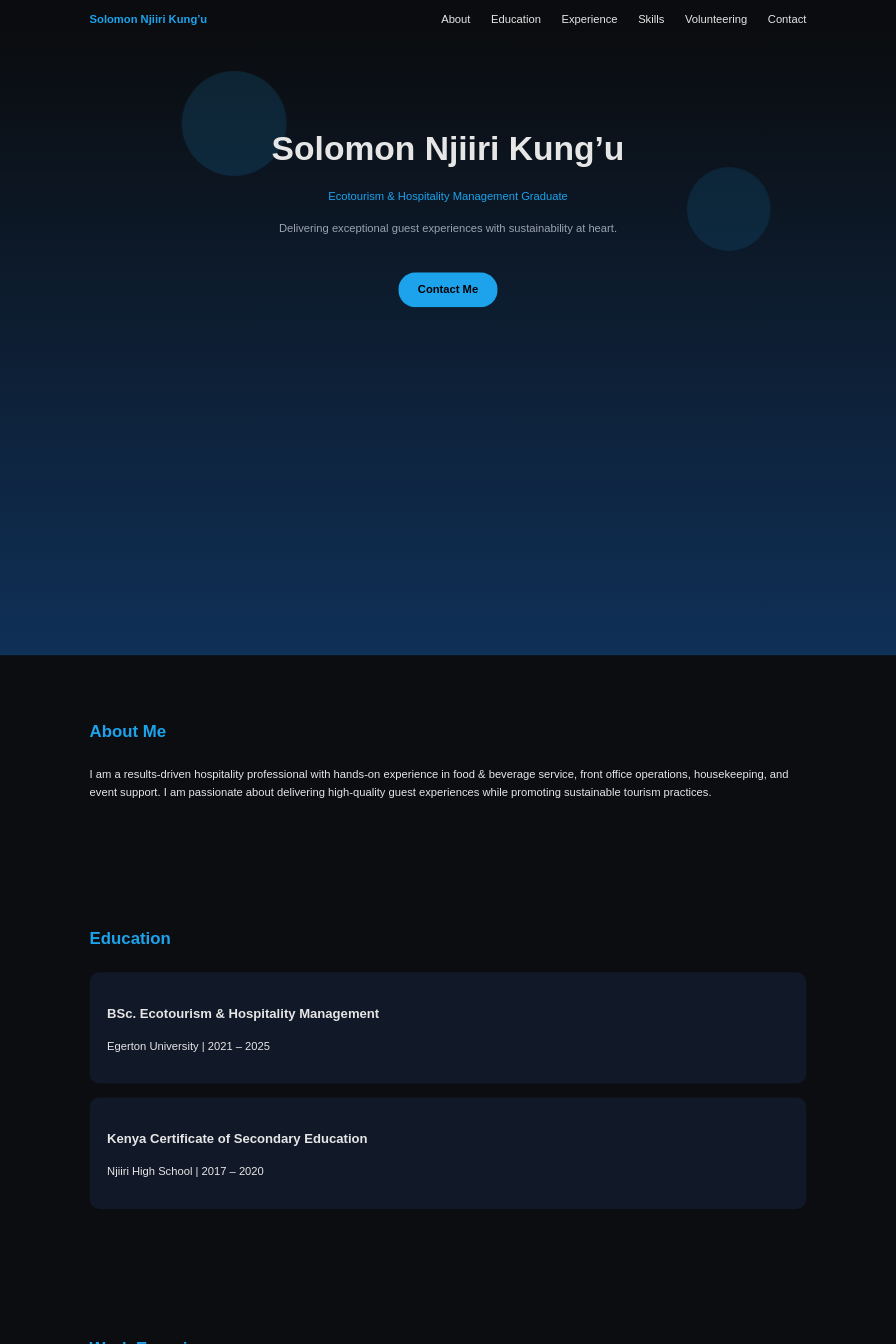
Repository: ladygit-comits/Solomon_Portfolio
Page: index.html
The author's editor kept a copy of each file at every save. The page is drawn from the files as they stood at one save, then again after the next save.
The browser window is 1280 px wide. The pictures show the part of the page from y = 0 to 1920 px (the page is 3995 px tall), at 70% of full size.

Above is the page before, as saved 2025-12-31 13:19:29.

After the next save:
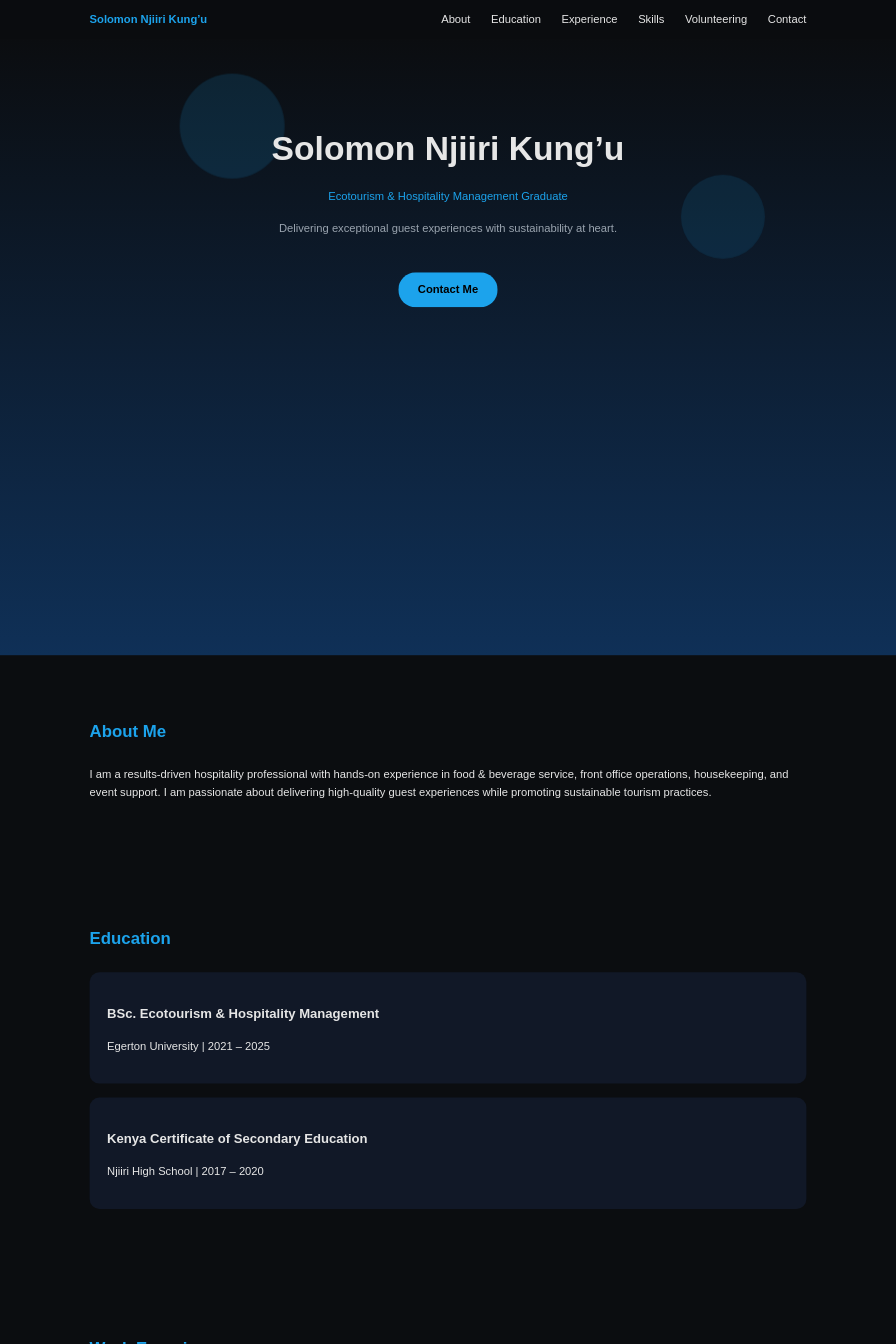
Saved 14 s later.
--- a/script.js
+++ b/script.js
@@ -1,6 +1,4 @@
-// script.js
 document.addEventListener('DOMContentLoaded', function() {
-  // HERO fade-in
   const heroElements = document.querySelectorAll('.hero h1, .subtitle, .tagline, .btn');
   heroElements.forEach((el, i) => {
     el.style.opacity = 0;
@@ -11,7 +9,6 @@ document.addEventListener('DOMContentLoaded', function() {
     }, i * 300);
   });
 
-  // Card hover effect
   const cards = document.querySelectorAll('.card');
   cards.forEach(card => {
     card.addEventListener('mouseenter', () => {
@@ -24,14 +21,36 @@ document.addEventListener('DOMContentLoaded', function() {
     });
   });
 
-  // Smooth scroll for CTA and contact links
   const links = document.querySelectorAll('a[href^="#"]');
   links.forEach(link => {
     link.addEventListener('click', function(e) {
       e.preventDefault();
-      document.querySelector(this.getAttribute('href')).scrollIntoView({
-        behavior: 'smooth'
-      });
+      document.querySelector(this.getAttribute('href')).scrollIntoView({behavior: 'smooth'});
     });
   });
+
+  const scrollBtn = document.getElementById('scrollTopBtn');
+  window.onscroll = function() {
+    if (document.body.scrollTop > 300 || document.documentElement.scrollTop > 300) {
+      scrollBtn.style.display = "block";
+    } else {
+      scrollBtn.style.display = "none";
+    }
+  };
+  scrollBtn.addEventListener('click', function() {
+    window.scrollTo({top: 0, behavior: 'smooth'});
+  });
+
+  const tagline = document.querySelector('.tagline');
+  const text = tagline.textContent;
+  tagline.textContent = '';
+  let i = 0;
+  function typeWriter() {
+    if (i < text.length) {
+      tagline.textContent += text.charAt(i);
+      i++;
+      setTimeout(typeWriter, 50);
+    }
+  }
+  typeWriter();
 });
